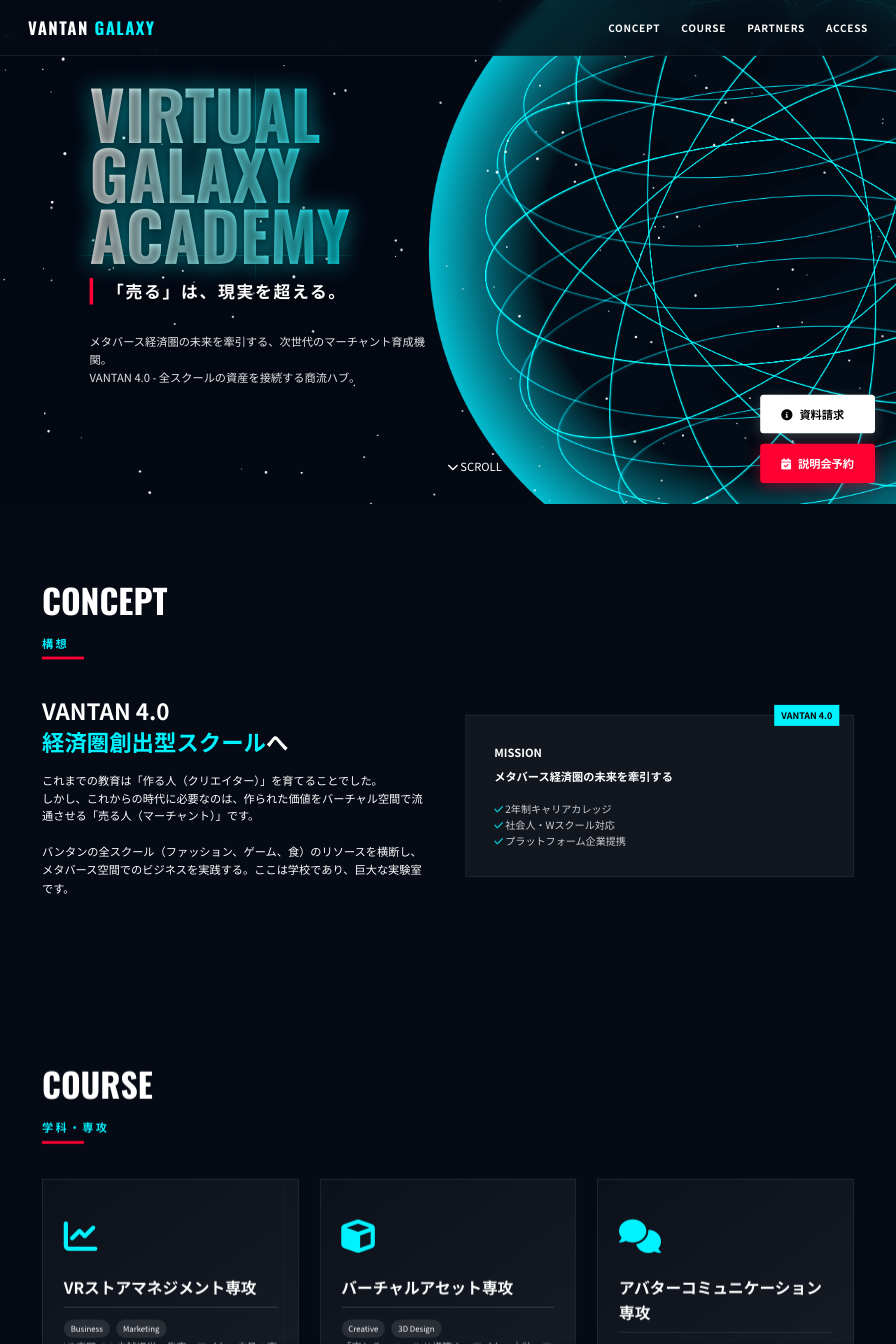
Repository: yu-mi-n/virtual-galaxy-academy-project
Page: index.html
These files come from the project's save history. The page is drawn as it stood at one moment and after a run of saves; the edit follows.
The browser window is 1280 px wide. The pictures show the part of the page from y = 0 to 1920 px (the page is 2814 px tall), at 70% of full size.

Above is the page before, as saved 2026-01-21 09:53:03.

### index.html
<!DOCTYPE html>
<html lang="ja">
<head>
    <meta charset="UTF-8">
    <meta name="viewport" content="width=device-width, initial-scale=1.0">
    <title>VANTAN Virtual Galaxy Academy | バーチャルギャラクシーアカデミー</title>
    <link rel="preconnect" href="https://fonts.googleapis.com">
    <link rel="preconnect" href="https://fonts.gstatic.com" crossorigin>
    <link href="https://fonts.googleapis.com/css2?family=Noto+Sans+JP:wght@400;700;900&family=Oswald:wght@400;700&display=swap" rel="stylesheet">
    <link rel="stylesheet" href="https://cdnjs.cloudflare.com/ajax/libs/font-awesome/6.0.0/css/all.min.css">

    <style>
        /* --- CSS VARIABLES & RESET --- */
        :root {
            --color-bg: #050a14; /* Deep Space */
            --color-text: #ffffff;
            --color-accent: #00f2ff; /* Cyan */
            --color-accent-2: #7000ff; /* Purple */
            --color-cta: #ff0033; /* Vantan Red-ish */
            --font-main: 'Noto Sans JP', sans-serif;
            --font-en: 'Oswald', sans-serif;
            --header-height: 80px; /* ヘッダーの高さを定義 */
        }

        * {
            box-sizing: border-box;
            margin: 0;
            padding: 0;
        }

        html {
            /* ★スムーズスクロールの有効化 */
            scroll-behavior: smooth;
        }

        body {
            font-family: var(--font-main);
            background-color: var(--color-bg);
            color: var(--color-text);
            line-height: 1.6;
            overflow-x: hidden;
        }

        a { text-decoration: none; color: inherit; transition: 0.3s; }
        ul { list-style: none; }

        /* --- BACKGROUND EFFECT --- */
        #canvas-bg {
            position: fixed;
            top: 0;
            left: 0;
            width: 100%;
            height: 100%;
            z-index: -1;
            background: radial-gradient(ellipse at bottom, #0b1a36 0%, var(--color-bg) 100%);
        }

        /* --- HEADER --- */
        .header {
            position: fixed;
            top: 0;
            width: 100%;
            height: var(--header-height); /* 高さを固定 */
            padding: 0 40px;
            display: flex;
            justify-content: space-between;
            align-items: center;
            z-index: 1000;
            background: rgba(5, 10, 20, 0.8);
            backdrop-filter: blur(10px);
            border-bottom: 1px solid rgba(255,255,255,0.1);
        }

        .logo {
            font-family: var(--font-en);
            font-size: 1.5rem;
            font-weight: 700;
            letter-spacing: 2px;
            cursor: pointer;
        }
        .logo span { color: var(--color-accent); }

        .nav-menu {
            display: flex;
            gap: 30px;
        }

        .nav-menu a {
            font-size: 0.9rem;
            font-weight: 700;
            letter-spacing: 1px;
            position: relative;
        }

        .nav-menu a:hover { color: var(--color-accent); }

        /* ホバー時の下線アニメーション */
        .nav-menu a::after {
            content: '';
            position: absolute;
            bottom: -5px;
            left: 0;
            width: 0%;
            height: 2px;
            background: var(--color-accent);
            transition: 0.3s;
        }
        .nav-menu a:hover::after { width: 100%; }

        /* --- HERO SECTION --- */
        .hero {
            height: 100vh;
            display: flex;
            flex-direction: column;
            justify-content: center;
            align-items: flex-start;
            text-align: left;
            padding-left: 10%;
            padding-right: 20px;
            position: relative;
            text-shadow: 0 2px 10px rgba(0,0,0,0.5);
            z-index: 1;
        }

        .hero h1 {
            font-family: var(--font-en);
            font-size: 6rem;
            text-transform: uppercase;
            line-height: 0.9;
            margin-bottom: 20px;
            background: linear-gradient(90deg, #fff, var(--color-accent));
            -webkit-background-clip: text;
            -webkit-text-fill-color: transparent;
            filter: drop-shadow(0 0 15px rgba(0, 242, 255, 0.5));
        }

        .hero p {
            font-size: 1.5rem;
            font-weight: 700;
            margin-bottom: 40px;
            letter-spacing: 0.1em;
            border-left: 5px solid var(--color-cta);
            padding-left: 20px;
        }

        .hero .sub-copy {
            font-size: 1rem;
            opacity: 0.9;
            max-width: 500px;
            margin-bottom: 50px;
        }

        .scroll-down {
            position: absolute;
            bottom: 40px;
            left: 50%;
            transform: translateX(-50%);
            animation: bounce 2s infinite;
            cursor: pointer;
        }

        /* --- SECTIONS COMMON --- */
        .section {
            padding: 100px 20px;
            max-width: 1200px;
            margin: 0 auto;
            background: rgba(5, 10, 20, 0.6);
            margin-bottom: 30px;
            border-radius: 10px;
            backdrop-filter: blur(5px);
            position: relative;
            z-index: 1;

            /* ★ヘッダー被り防止のためのスクロール位置調整 */
            scroll-margin-top: 100px;
        }

        .section-title {
            font-family: var(--font-en);
            font-size: 3rem;
            margin-bottom: 60px;
            position: relative;
            display: inline-block;
        }

        .section-title::after {
            content: '';
            position: absolute;
            bottom: -10px;
            left: 0;
            width: 60px;
            height: 4px;
            background: var(--color-cta);
        }

        .section-title span {
            display: block;
            font-size: 1rem;
            font-family: var(--font-main);
            color: var(--color-accent);
            letter-spacing: 0.2em;
            margin-top: 10px;
        }

        /* --- CONCEPT SECTION --- */
        .concept-grid {
            display: grid;
            grid-template-columns: 1fr 1fr;
            gap: 50px;
            align-items: center;
        }

        .concept-text h3 {
            font-size: 2rem;
            margin-bottom: 20px;
            line-height: 1.4;
        }
        .concept-text h3 span { color: var(--color-accent); }

        .concept-card {
            background: rgba(255,255,255,0.05);
            padding: 40px;
            border: 1px solid rgba(255,255,255,0.1);
            position: relative;
        }
        .concept-card::before {
            content: 'VANTAN 4.0';
            position: absolute;
            top: -15px;
            right: 20px;
            background: var(--color-accent);
            color: #000;
            padding: 5px 10px;
            font-weight: 700;
            font-size: 0.8rem;
        }

        /* --- COURSES SECTION --- */
        .course-list {
            display: grid;
            grid-template-columns: repeat(auto-fit, minmax(300px, 1fr));
            gap: 30px;
        }

        .course-card {
            background: linear-gradient(145deg, rgba(255,255,255,0.03), rgba(255,255,255,0.08));
            border: 1px solid rgba(255,255,255,0.1);
            padding: 40px 30px;
            transition: 0.4s;
            position: relative;
            overflow: hidden;
        }

        .course-card:hover {
            transform: translateY(-10px);
            border-color: var(--color-accent);
            box-shadow: 0 10px 30px rgba(0, 242, 255, 0.1);
        }

        .course-icon {
            font-size: 3rem;
            color: var(--color-accent);
            margin-bottom: 20px;
        }

        .course-card h4 {
            font-size: 1.4rem;
            margin-bottom: 15px;
            border-bottom: 1px solid rgba(255,255,255,0.2);
            padding-bottom: 10px;
        }

        .course-card p {
            font-size: 0.9rem;
            opacity: 0.8;
            margin-bottom: 20px;
        }

        .tag {
            display: inline-block;
            background: rgba(255,255,255,0.1);
            padding: 4px 10px;
            font-size: 0.7rem;
            margin-right: 5px;
            border-radius: 20px;
        }

        /* --- STICKY CTA --- */
        .sticky-cta {
            position: fixed;
            bottom: 30px;
            right: 30px;
            display: flex;
            flex-direction: column;
            gap: 15px;
            z-index: 900;
        }

        .btn-cta {
            background: var(--color-cta);
            color: #fff;
            padding: 15px 30px;
            font-weight: 700;
            text-align: center;
            border-radius: 5px;
            box-shadow: 0 5px 20px rgba(255, 0, 51, 0.4);
            display: flex;
            align-items: center;
            gap: 10px;
        }

        .btn-cta:hover {
            background: #ff3355;
            transform: scale(1.05);
        }

        .btn-cta.secondary {
            background: #fff;
            color: #000;
            box-shadow: 0 5px 20px rgba(255, 255, 255, 0.2);
        }

        /* --- FOOTER --- */
        footer {
            background: #000;
            padding: 50px 20px;
            text-align: center;
            font-size: 0.8rem;
            opacity: 0.6;
            margin-top: 50px;
            position: relative; z-index: 1;
        }

        /* --- ANIMATIONS --- */
        @keyframes bounce {
            0%, 20%, 50%, 80%, 100% {transform: translateY(0);}
            40% {transform: translateY(-10px);}
            60% {transform: translateY(-5px);}
        }

        /* Responsive */
        @media (max-width: 768px) {
            .hero { align-items: center; text-align: center; padding-left: 20px; }
            .hero h1 { font-size: 3rem; }
            .hero p { border-left: none; padding-left: 0; }
            .concept-grid { grid-template-columns: 1fr; }
            .header { padding: 15px 20px; }
            .nav-menu { display: none; }
            .sticky-cta { left: 20px; right: 20px; bottom: 20px; flex-direction: row; }
            .btn-cta { flex: 1; justify-content: center; font-size: 0.8rem; padding: 12px; }
        }
    </style>
</head>
<body>

    <canvas id="canvas-bg"></canvas>

    <header class="header">
        <div class="logo" onclick="window.scrollTo({top: 0, behavior: 'smooth'});">VANTAN <span>GALAXY</span></div>
        <nav class="nav-menu">
            <a href="#concept">CONCEPT</a>
            <a href="#course">COURSE</a>
            <a href="#partners">PARTNERS</a>
            <a href="#access">ACCESS</a>
        </nav>
    </header>

    <section class="hero">
        <h1>Virtual<br>Galaxy<br>Academy</h1>
        <p>「売る」は、現実を超える。</p>
        <div class="sub-copy">
            メタバース経済圏の未来を牽引する、次世代のマーチャント育成機関。<br>
            VANTAN 4.0 - 全スクールの資産を接続する商流ハブ。
        </div>
        <a href="#concept" class="scroll-down" style="color:#fff;">
            <i class="fas fa-chevron-down"></i> SCROLL
        </a>
    </section>

    <section class="section" id="concept">
        <h2 class="section-title">CONCEPT <span>構想</span></h2>
        <div class="concept-grid">
            <div class="concept-text">
                <h3>VANTAN 4.0 <br><span>経済圏創出型スクール</span>へ</h3>
                <p>
                    これまでの教育は「作る人（クリエイター）」を育てることでした。<br>
                    しかし、これからの時代に必要なのは、作られた価値をバーチャル空間で流通させる「売る人（マーチャント）」です。<br><br>
                    バンタンの全スクール（ファッション、ゲーム、食）のリソースを横断し、メタバース空間でのビジネスを実践する。ここは学校であり、巨大な実験室です。
                </p>
            </div>
            <div class="concept-card">
                <h4>MISSION</h4>
                <p style="margin-top:10px; font-weight:700;">メタバース経済圏の未来を牽引する</p>
                <ul style="margin-top:20px; opacity:0.8; font-size:0.9rem;">
                    <li><i class="fas fa-check" style="color:var(--color-accent)"></i> 2年制キャリアカレッジ</li>
                    <li><i class="fas fa-check" style="color:var(--color-accent)"></i> 社会人・Wスクール対応</li>
                    <li><i class="fas fa-check" style="color:var(--color-accent)"></i> プラットフォーム企業提携</li>
                </ul>
            </div>
        </div>
    </section>

    <section class="section" id="course">
        <h2 class="section-title">COURSE <span>学科・専攻</span></h2>
        <div class="course-list">
            <div class="course-card">
                <div class="course-icon"><i class="fas fa-chart-line"></i></div>
                <h4>VRストアマネジメント専攻</h4>
                <div class="tags">
                    <span class="tag">Business</span>
                    <span class="tag">Marketing</span>
                </div>
                <p>VR空間での店舗経営、集客、アバター店員の育成など、ストア運営のすべてを学ぶ。</p>
            </div>
            <div class="course-card">
                <div class="course-icon"><i class="fas fa-cube"></i></div>
                <h4>バーチャルアセット専攻</h4>
                <div class="tags">
                    <span class="tag">Creative</span>
                    <span class="tag">3D Design</span>
                </div>
                <p>「売れる」ワールド構築や、アバター衣装・アイテムの商品開発スキルを習得する。</p>
            </div>
            <div class="course-card">
                <div class="course-icon"><i class="fas fa-comments"></i></div>
                <h4>アバターコミュニケーション専攻</h4>
                <div class="tags">
                    <span class="tag">Service</span>
                    <span class="tag">Psychology</span>
                </div>
                <p>アバターを介した高度な接客術やコミュニティマネジメント、広報戦略を学ぶ。</p>
            </div>
        </div>
    </section>

    <section class="section" id="partners" style="text-align:center; min-height:300px; display:flex; flex-direction:column; justify-content:center;">
        <h2 class="section-title" style="margin-bottom:30px;">PARTNERS <span>提携企業</span></h2>
        <p style="opacity:0.7;">Coming Soon...</p>
    </section>

    <footer id="access">
        <div style="margin-bottom:20px;">
            <h4 style="font-family:var(--font-en); margin-bottom:10px;">ACCESS</h4>
            <p>〇〇, XX, △△...</p>
        </div>
        <p>&copy; 2026 yuito <br> Virtual Galaxy Academy Project（仮）</p>
    </footer>

    <div class="sticky-cta">
        <a href="#" class="btn-cta secondary">
            <i class="fas fa-info-circle"></i> 資料請求
        </a>
        <a href="#" class="btn-cta">
            <i class="fas fa-calendar-check"></i> 説明会予約
        </a>
    </div>

    <script>
        const canvas = document.getElementById('canvas-bg');
        const ctx = canvas.getContext('2d');

        let width, height;
        let particles = [];
        let stars = [];
        let earthRotation = 0;

        function resize() {
            width = canvas.width = window.innerWidth;
            height = canvas.height = window.innerHeight;
            initStars();
        }
        window.addEventListener('resize', resize);

        class Star {
            constructor() {
                this.x = Math.random() * width;
                this.y = Math.random() * height;
                this.size = Math.random() * 1.5 + 0.5;
                this.baseAlpha = Math.random() * 0.6 + 0.2;
                this.alpha = this.baseAlpha;
                this.blinkSpeed = Math.random() * 0.02 + 0.005;
                this.blinkDir = Math.random() > 0.5 ? 1 : -1;
            }
            update() {
                this.alpha += this.blinkSpeed * this.blinkDir;
                if (this.alpha >= 1 || this.alpha <= this.baseAlpha * 0.5) {
                    this.blinkDir *= -1;
                }
            }
            draw() {
                ctx.fillStyle = `rgba(255, 255, 255, ${this.alpha})`;
                ctx.beginPath();
                ctx.arc(this.x, this.y, this.size, 0, Math.PI * 2);
                ctx.fill();
            }
        }

        function initStars() {
            stars = [];
            for (let i = 0; i < 150; i++) {
                stars.push(new Star());
            }
        }

        class Particle {
            constructor() {
                this.x = Math.random() * width;
                this.y = Math.random() * height;
                this.vx = (Math.random() - 0.5) * 0.3;
                this.vy = (Math.random() - 0.5) * 0.3;
                this.size = Math.random() * 2 + 1;
            }
            update() {
                this.x += this.vx;
                this.y += this.vy;
                if (this.x < 0 || this.x > width) this.vx *= -1;
                if (this.y < 0 || this.y > height) this.vy *= -1;
            }
            draw() {
                ctx.fillStyle = 'rgba(0, 242, 255, 0.7)';
                ctx.beginPath();
                ctx.arc(this.x, this.y, this.size, 0, Math.PI * 2);
                ctx.fill();
            }
        }

        for (let i = 0; i < 50; i++) {
            particles.push(new Particle());
        }

        function drawCyberEarth() {
            const earthRadius = Math.min(width, height) * 0.55;
            const centerX = width * 0.85;
            const centerY = height * 0.5;

            ctx.save();
            ctx.translate(centerX, centerY);
            ctx.rotate(-0.4);
            ctx.rotate(earthRotation);

            ctx.strokeStyle = 'rgba(0, 242, 255, 0.2)';
            ctx.lineWidth = 1;

            for (let i = 0; i <= 10; i++) {
                ctx.beginPath();
                let y = -earthRadius + (earthRadius * 2 / 10) * i;
                let radiusAtY = Math.sqrt(earthRadius * earthRadius - y * y);
                ctx.ellipse(0, y, radiusAtY, radiusAtY * 0.4, 0, 0, Math.PI * 2);
                ctx.stroke();
            }

            for (let i = 0; i < 12; i++) {
                ctx.beginPath();
                ctx.rotate(Math.PI / 6);
                ctx.ellipse(0, 0, earthRadius, earthRadius * 0.4, 0, 0, Math.PI * 2);
                ctx.stroke();
            }

            let gradient = ctx.createRadialGradient(0, 0, earthRadius * 0.8, 0, 0, earthRadius * 1.2);
            gradient.addColorStop(0, 'rgba(0, 242, 255, 0)');
            gradient.addColorStop(1, 'rgba(0, 242, 255, 0.15)');
            ctx.fillStyle = gradient;
            ctx.beginPath();
            ctx.arc(0, 0, earthRadius * 1.2, 0, Math.PI * 2);
            ctx.fill();

            ctx.restore();
            earthRotation += 0.001;
        }

        function animate() {
            ctx.fillStyle = 'rgba(5, 10, 20, 0.2)';
            ctx.fillRect(0, 0, width, height);

            stars.forEach(s => { s.update(); s.draw(); });

            ctx.globalCompositeOperation = 'lighter';
            drawCyberEarth();
            ctx.globalCompositeOperation = 'source-over';

            ctx.lineWidth = 0.5;
            for (let i = 0; i < particles.length; i++) {
                particles[i].update();

                for (let j = i; j < particles.length; j++) {
                    const dx = particles[i].x - particles[j].x;
                    const dy = particles[i].y - particles[j].y;
                    const dist = Math.sqrt(dx*dx + dy*dy);

                    if (dist < 150) {
                        ctx.strokeStyle = `rgba(0, 242, 255, ${1 - dist/150})`;
                        ctx.beginPath();
                        ctx.moveTo(particles[i].x, particles[i].y);
                        ctx.lineTo(particles[j].x, particles[j].y);
                        ctx.stroke();
                    }
                }
            }
            requestAnimationFrame(animate);
        }

        resize();
        animate();
    </script>
</body>
</html>

After the next 4 saves:
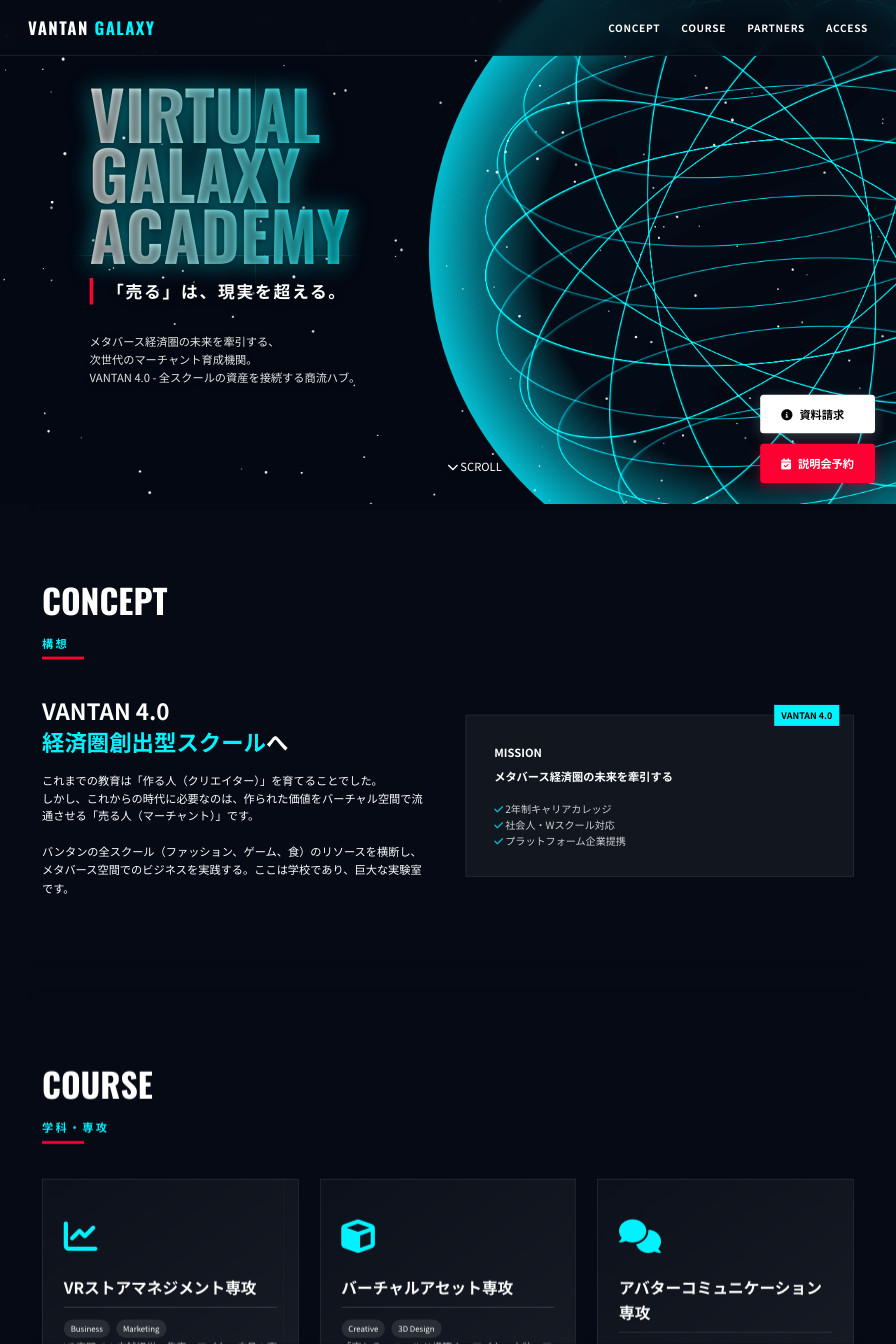
The 4 saves are shown as one change because they came seconds apart.
The last was saved 85 s later.
--- a/index.html
+++ b/index.html
@@ -369,7 +369,7 @@
         <h1>Virtual<br>Galaxy<br>Academy</h1>
         <p>「売る」は、現実を超える。</p>
         <div class="sub-copy">
-            メタバース経済圏の未来を牽引する、次世代のマーチャント育成機関。<br>
+            メタバース経済圏の未来を牽引する、<br>次世代のマーチャント育成機関。<br>
             VANTAN 4.0 - 全スクールの資産を接続する商流ハブ。
         </div>
         <a href="#concept" class="scroll-down" style="color:#fff;">

After the 2 saves that followed:
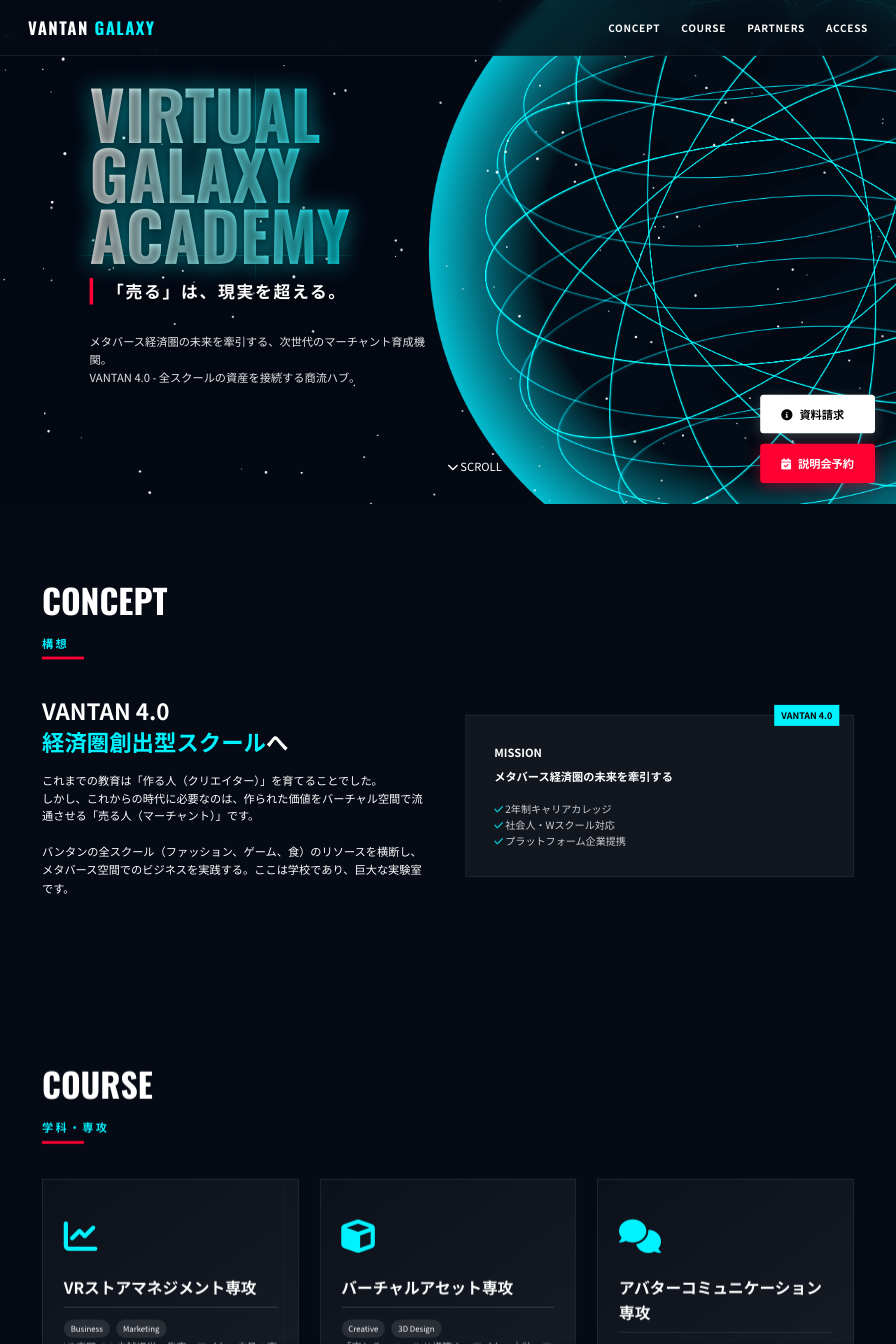
The 2 saves are shown as one change because they came seconds apart.
The last was saved 20 s later.
--- a/index.html
+++ b/index.html
@@ -369,7 +369,7 @@
         <h1>Virtual<br>Galaxy<br>Academy</h1>
         <p>「売る」は、現実を超える。</p>
         <div class="sub-copy">
-            メタバース経済圏の未来を牽引する、<br>次世代のマーチャント育成機関。<br>
+            メタバース経済圏の未来を牽引する、次世代のマーチャント育成機関。<br>
             VANTAN 4.0 - 全スクールの資産を接続する商流ハブ。
         </div>
         <a href="#concept" class="scroll-down" style="color:#fff;">
